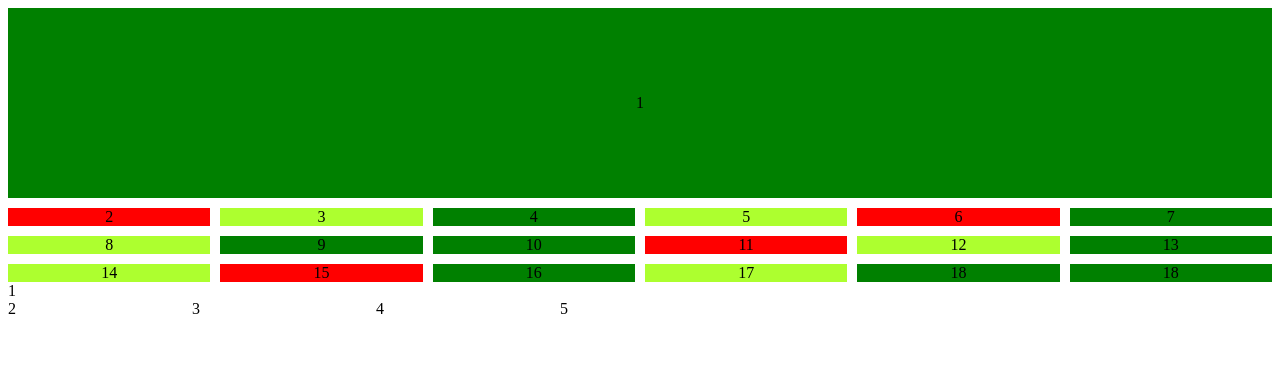
Repository: motiejus1/09-paskaita-05.31
Page: index.html
These files come from the project's save history. The page is drawn as it stood at one moment and after the next save; the edit follows.
The browser window is 1280 px wide. The pictures show the whole page.

Above is the page before, as saved 2021-06-15 20:01:14.

### index.html
<!DOCTYPE html>
<html lang="en">
<head>
    <meta charset="UTF-8">
    <meta http-equiv="X-UA-Compatible" content="IE=edge">
    <meta name="viewport" content="width=device-width, initial-scale=1.0">
    <title>9 paskaita</title>
    <style>
        .grid-container {
            display: grid;
            grid-template-columns: auto auto auto auto auto auto;
            grid-column-gap: 10px ;
            grid-row-gap: 10px ;
        }

        .zalia {
            background-color: green;
        }

        .raudona {
            background-color: red;
        }

        .geltona {
            background: greenyellow;
        }

        .grid-item-1 {
            /* grid-column-start: 1 ;
            grid-column-end: 3 ; */

            grid-column: 1 / span 6;

            grid-row: 1 / span 20;
        }

        /* .grid-item-2 {
            grid-column-start: 1 ;
            grid-column-end: 3 ;
            grid-row-start: 3;
            grid-row-end: 25 ;
        } */

        .grid-item {
            display:grid;
            justify-content: center;
            align-items: center;
        }
        .flex-container {
            display:flex;
            justify-content: center;
            align-items: center;
        }

        .grid-container-1 {
            display: grid;
            grid-template-areas: 'pirmas pirmas pirmas pirmas pirmas pirmas pirmas' ;
        }
        .grid-element-1 {
            grid-area: pirmas;
        }

        .grid-element-2 {
            grid-
        }
    </style>
</head>
<body>
    <div class="grid-container">
        <div class="grid-item grid-item-1 zalia">
            1
        </div>
        <div class="grid-item grid-item-2 raudona">
            2
        </div>
        <div class="grid-item grid-item-3 geltona">3</div>
        <div class="grid-item grid-item-4 zalia">4</div>
        <div class="grid-item geltona">5</div>
        <div class="grid-item raudona">6</div>
        <div class="grid-item zalia">7</div>
        <div class="grid-item geltona">8</div>
        <div class="grid-item zalia">9</div>
        <div class="grid-item zalia">10</div>
        <div class="grid-item raudona">11</div>
        <div class="grid-item geltona">12</div>
        <div class="grid-item zalia">13</div>
        <div class="grid-item geltona">14</div>
        <div class="grid-item raudona">15</div>
        <div class="grid-item zalia">16</div>
        <div class="grid-item geltona">17</div>
        <div class="grid-item zalia">18</div>
        <div class="flex-container zalia">18</div>
    </div>

    <div class="grid-container-1">
        <div class="grid-element-1">1</div>
        <div class="grid-element-2">2</div>
        <div class="grid-element-3">3</div>
        <div class="grid-element-4">4</div>
        <div class="grid-element-5">5</div>
    </div>

</body>
</html>

After the next save:
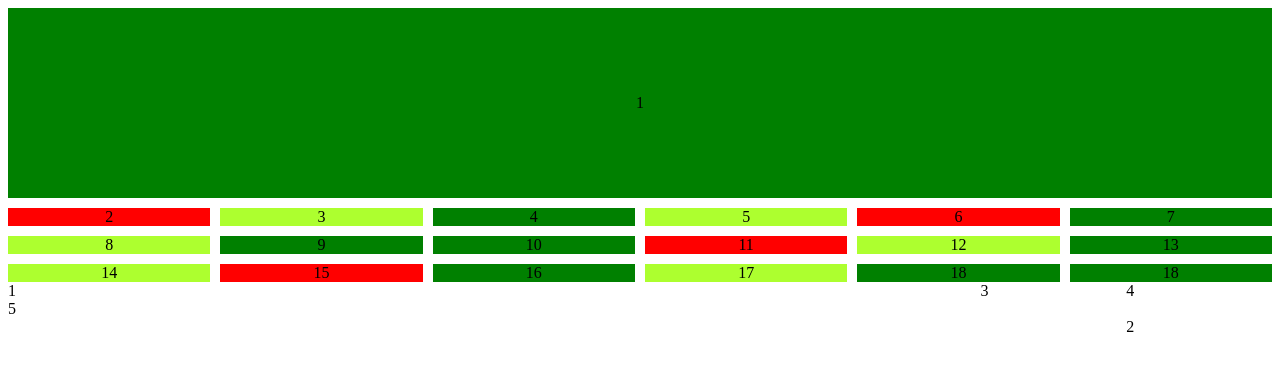
Saved 6 s later.
--- a/index.html
+++ b/index.html
@@ -61,7 +61,7 @@
         }
 
         .grid-element-2 {
-            grid-
+            grid-area: antras;
         }
     </style>
 </head>
